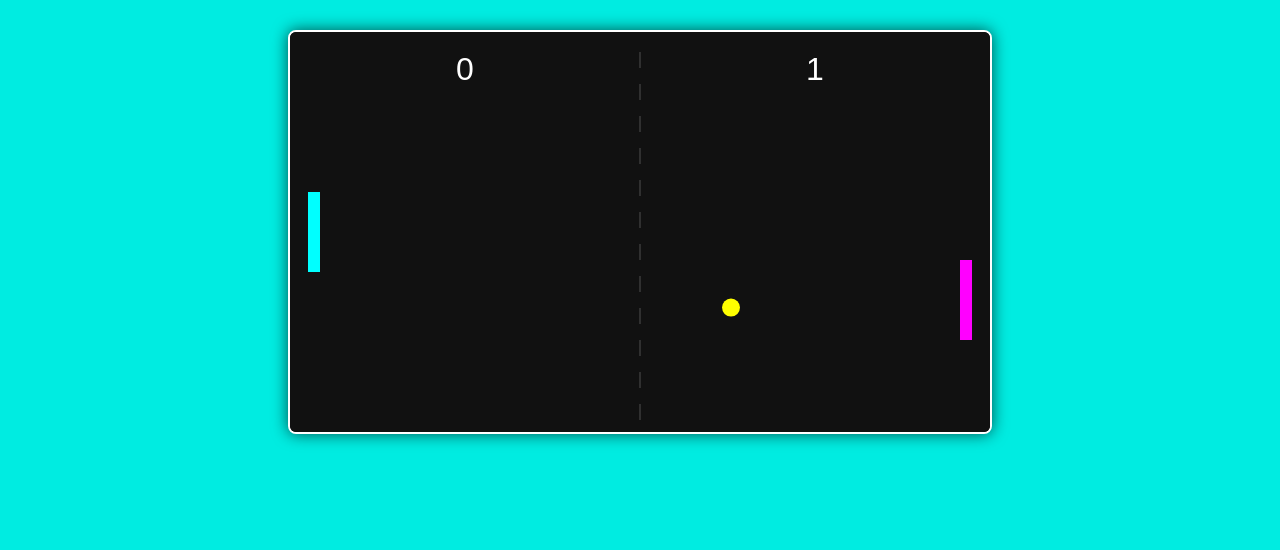
Repository: zjccc123/demo
Page: index.html
The author's editor kept a copy of each file at every save. The page is drawn from the files as they stood at one save, then again after the next save.
The browser window is 1280 px wide. The pictures show the whole page.

Above is the page before, as saved 2025-06-14 09:26:09.

### index.html
<!DOCTYPE html>
<html lang="en">
<head>
    <meta charset="UTF-8">
    <title>乒乓球游戏</title>
    <link rel="stylesheet" href="style.css">
</head>
<body>
    <h1></h1>
    <canvas id="pongCanvas" width="700" height="400"></canvas>
    <script src="game.js"></script>
</body>
</html>

### style.css
body {
    background: #00ece1;
    color: #fff;
    text-align: center;
    font-family: Arial, sans-serif;
    margin: 0;
    padding: 0;
}

h1 {
    margin-top: 30px;
    margin-bottom: 10px;
    font-size: 2em;
}

#pongCanvas {
    background: #111;
    display: block;
    margin: 20px auto 0 auto;
    border: 2px solid #fff;
    border-radius: 8px;
    box-shadow: 0 0 16px #000a;
}

### game.js
const canvas = document.getElementById('pongCanvas');
const ctx = canvas.getContext('2d');

// Game constants
const PADDLE_WIDTH = 12;
const PADDLE_HEIGHT = 80;
const BALL_RADIUS = 9;

const PLAYER_X = 18;
const AI_X = canvas.width - PADDLE_WIDTH - 18;

// Game objects
let playerY = (canvas.height - PADDLE_HEIGHT) / 2;
let aiY = (canvas.height - PADDLE_HEIGHT) / 2;

let ballX = canvas.width / 2;
let ballY = canvas.height / 2;
let ballSpeedX = 5 * (Math.random() < 0.5 ? -1 : 1);
let ballSpeedY = 3 * (Math.random() * 2 - 1);

let playerScore = 0;
let aiScore = 0;

// Mouse control
canvas.addEventListener('mousemove', (e) => {
    const rect = canvas.getBoundingClientRect();
    const mouseY = e.clientY - rect.top;
    playerY = mouseY - PADDLE_HEIGHT / 2;
    // Clamp paddle within canvas
    playerY = Math.max(Math.min(playerY, canvas.height - PADDLE_HEIGHT), 0);
});

// AI logic
function updateAI() {
    const center = aiY + PADDLE_HEIGHT / 2;
    if (center < ballY - 10) {
        aiY += 4;
    } else if (center > ballY + 10) {
        aiY -= 4;
    }
    // Clamp paddle within canvas
    aiY = Math.max(Math.min(aiY, canvas.height - PADDLE_HEIGHT), 0);
}

// Ball and collision logic
function resetBall(direction = 1) {
    ballX = canvas.width / 2;
    ballY = canvas.height / 2;
    ballSpeedX = 5 * direction;
    ballSpeedY = 3 * (Math.random() * 2 - 1);
}

function updateBall() {
    ballX += ballSpeedX;
    ballY += ballSpeedY;

    // Top and bottom collision
    if (ballY - BALL_RADIUS < 0) {
        ballY = BALL_RADIUS;
        ballSpeedY *= -1;
    }
    if (ballY + BALL_RADIUS > canvas.height) {
        ballY = canvas.height - BALL_RADIUS;
        ballSpeedY *= -1;
    }

    // Left paddle collision
    if (
        ballX - BALL_RADIUS < PLAYER_X + PADDLE_WIDTH &&
        ballY + BALL_RADIUS > playerY &&
        ballY - BALL_RADIUS < playerY + PADDLE_HEIGHT &&
        ballSpeedX < 0
    ) {
        ballX = PLAYER_X + PADDLE_WIDTH + BALL_RADIUS;
        ballSpeedX *= -1;
        // Add a bit of deflection based on where the ball hits the paddle
        let hit = (ballY - (playerY + PADDLE_HEIGHT / 2)) / (PADDLE_HEIGHT / 2);
        ballSpeedY += hit * 2;
    }

    // Right paddle collision
    if (
        ballX + BALL_RADIUS > AI_X &&
        ballY + BALL_RADIUS > aiY &&
        ballY - BALL_RADIUS < aiY + PADDLE_HEIGHT &&
        ballSpeedX > 0
    ) {
        ballX = AI_X - BALL_RADIUS;
        ballSpeedX *= -1;
        let hit = (ballY - (aiY + PADDLE_HEIGHT / 2)) / (PADDLE_HEIGHT / 2);
        ballSpeedY += hit * 2;
    }

    // Score logic
    if (ballX - BALL_RADIUS < 0) {
        aiScore += 1;
        resetBall(1);
    }
    if (ballX + BALL_RADIUS > canvas.width) {
        playerScore += 1;
        resetBall(-1);
    }
}

// Drawing functions
function drawRect(x, y, w, h, color) {
    ctx.fillStyle = color;
    ctx.fillRect(x, y, w, h);
}

function drawCircle(x, y, r, color) {
    ctx.fillStyle = color;
    ctx.beginPath();
    ctx.arc(x, y, r, 0, Math.PI * 2, false);
    ctx.closePath();
    ctx.fill();
}

function drawNet() {
    ctx.strokeStyle = '#fff2';
    ctx.lineWidth = 2;
    for (let i = 20; i < canvas.height; i += 32) {
        ctx.beginPath();
        ctx.moveTo(canvas.width / 2, i);
        ctx.lineTo(canvas.width / 2, i + 16);
        ctx.stroke();
    }
}

function drawScore() {
    ctx.font = '32px Arial';
    ctx.fillStyle = '#fff';
    ctx.textAlign = 'center';
    ctx.fillText(playerScore, canvas.width * 0.25, 48);
    ctx.fillText(aiScore, canvas.width * 0.75, 48);
}

function render() {
    // Clear
    drawRect(0, 0, canvas.width, canvas.height, '#111');

    // Net
    drawNet();

    // Paddles
    drawRect(PLAYER_X, playerY, PADDLE_WIDTH, PADDLE_HEIGHT, '#0ff');
    drawRect(AI_X, aiY, PADDLE_WIDTH, PADDLE_HEIGHT, '#f0f');

    // Ball
    drawCircle(ballX, ballY, BALL_RADIUS, '#ff0');

    // Scores
    drawScore();
}

// Main loop
function gameLoop() {
    updateAI();
    updateBall();
    render();
    requestAnimationFrame(gameLoop);
}

// Start the game
gameLoop();

After the next save:
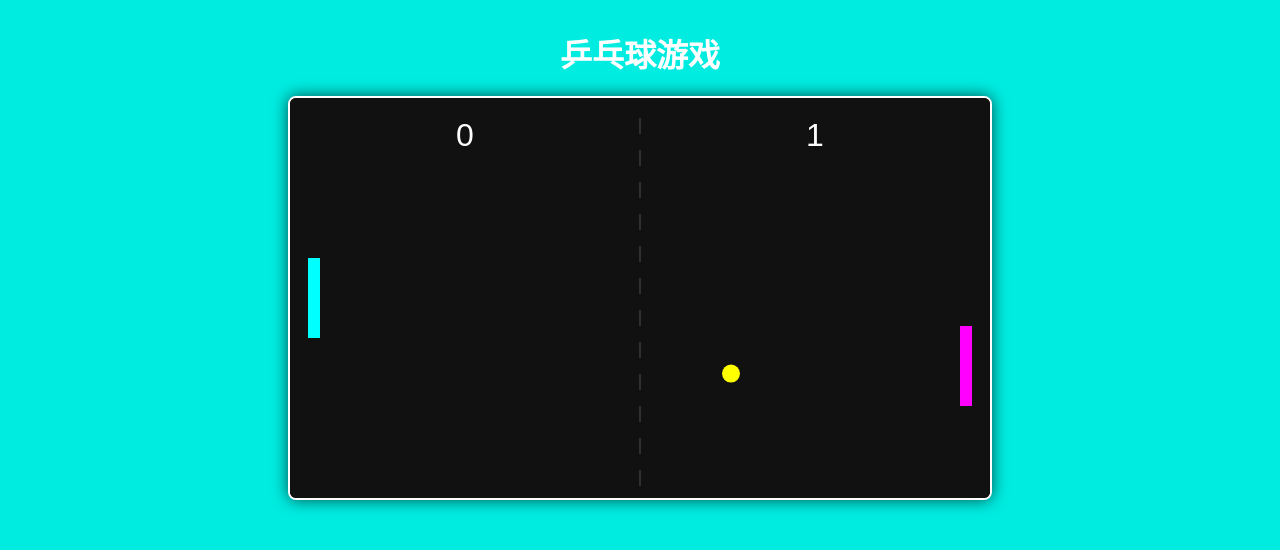
Saved 2 min 15 s later.
--- a/index.html
+++ b/index.html
@@ -6,7 +6,7 @@
     <link rel="stylesheet" href="style.css">
 </head>
 <body>
-    <h1></h1>
+    <h1>乒乓球游戏</h1>
     <canvas id="pongCanvas" width="700" height="400"></canvas>
     <script src="game.js"></script>
 </body>
